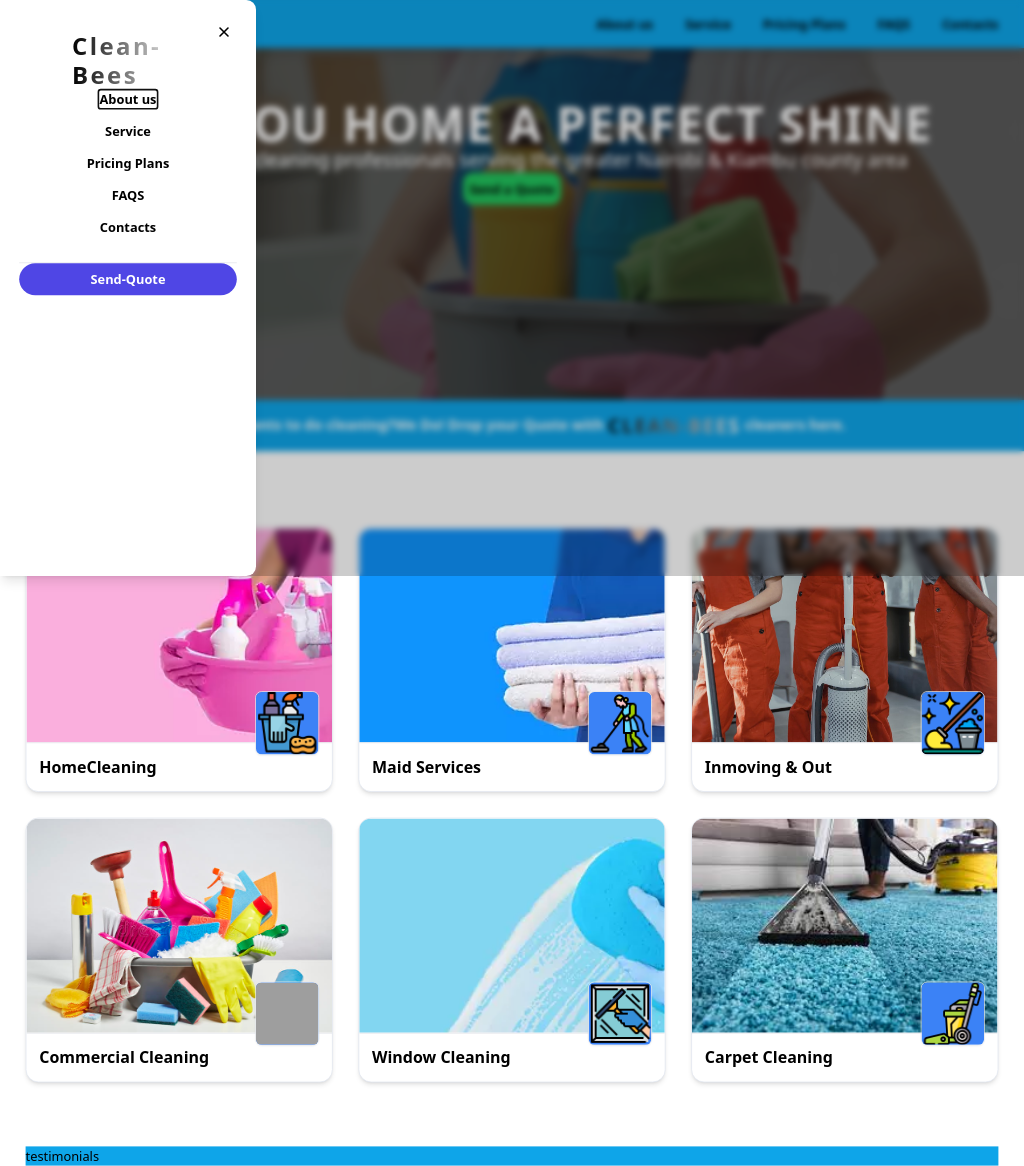
Repository: remydev47/cleanbees
Page: /
These files come from the project's save history. The page is drawn as it stood at one moment and after the next save; the edit follows.
The browser window is 1280 px wide. The pictures show the whole page, at 80% of full size.
Pictures or frames that could not be fetched are drawn as grey boxes. The project was rebuilt for these pictures with package versions that can differ from the ones it lists, and the page was loaded fresh each time. The framework's server and built-in components were replaced by stand-ins that run in the browser. Also part of the build but not shown: next.config.js.

Above is the page before, as saved 2022-09-19 11:57:32.

### pages/_app.tsx
import '../styles/globals.css'
import type { AppProps } from 'next/app'
import { Header } from '../components/Header'


function MyApp({ Component, pageProps }: AppProps) {
  return (
    <>
      <Header />
      <Component {...pageProps} />
    </>

    )
}

export default MyApp

### pages/index.tsx
import type { NextPage } from 'next'
import Head from 'next/head'
import Image from 'next/image'
import Hero from '../components/Hero'
import Services from '../components/Services';
import Testmonial from '../components/Testmonial';

const Home: NextPage = () => {
  return (
    <div className="">
      <Head>
        <title>CleanBees</title>
        <link rel="icon" href="/favicon.ico" />
      </Head>
      <Hero />
     <main className='mx-auto max-w-screen-xl px-6 sm:px-8'>
      <div className='mt-16 space-y-20'>
        <Services />
        <Testmonial />
      </div>
     </main>

    </div>
  )
}

export default Home

### components/Header.tsx
import { navLinks } from "../constants"
import { MenuPopOver } from "./MenuPopover"
import Logo from "./Logo"
import Image from "next/image"
import { title } from "process"

export const Header = () => {
    return(
        <>
          <header className={styles.container}>
           <div className='flex grow-0 basis-1/3 md:hidden'>
             <MenuPopOver />
          </div>
          <div className='flex grow-0 basis-1/3 justify-center md:justify-start'>
            <Logo />
           </div>
           <ul className="list-none sm:flex hidden justify-end items-center flex-1">
            {navLinks.map((nav, index) => (
                <li
                key={nav.id}
                className={`font-poppins font-extrabold cursor-pointer text-[16px]
                  ${index === navLinks.length - 1 ? 'mr-0' : 'mr-10'}
                 text-black `}
                >
                    <a>{nav.title}</a>
                </li>
            ))}
           </ul>

          </header>
        </>
    )
}

const styles ={
    container:`sticky bg-[#0ea5e9] inset-x-0 top-0 z-20 flex items-center justify-between py-2 px-2 shadow-lg dark:bg-slate-900 sm:py-3 sm:px-8`
}

### components/Hero.tsx
import React from 'react'
import Image from 'next/image'



const Hero = () => {
  return (
    <>
      <section className='relative h-[640px] w-full  bg-blue-500 sm:h-[55vh] md:h-[440px]'>
         <Image
           src='/img/pixel-cleaner2.jpg'
           layout='fill'
           objectFit='cover'
         />

        <div className="absolute inset-0 bg-neutral-900/70">
        <div className='mx-4 mt-16 flex flex-col items-center text-center '>
                <h1 className={styles.innerbanner}>
                    Give you Home a Perfect Shine
                </h1>
                <span className='text-xl text-white sm:text-2xl'>
                    Reliable house cleaning professionals serving the greater Nairobi & Kiambu county area
                </span>
                <button className='bg-green-500 text-black font-semibold p-2 rounded-xl'>
                    Send a Quote
                </button>
              </div>
        </div>
      </section>
      <HeroBottomCard />
   </>
  )
}

function HeroBottomCard() {
    return (
      <div className="bg-[#0ea5e9] p-4">
        <span className="block text-center text-lg text-white font-semibold">
          Nobody wants to do cleaning?We Do! Drop your  Quote with{" "}
          <span className="bg-gradient-to-r from-black to-[#fff] bg-clip-text align-middle text-2xl font-black tracking-widest text-transparent">
            CLEAN-BEES
          </span>{" "}
          cleaners here.
        </span>
      </div>
    );
  }

export default Hero;
const styles ={

    innerbanner:`text-3xl font-extrabold uppercase tracking-wide text-white sm:text-4xl md:text-5xl lg:text-6xl`,
}

### components/Services.tsx
import React from 'react';
import Image from 'next/image'
import Link from 'next/link';

const serviceItems =[
    {
        name:"HomeCleaning",
        description:"",
        image:'/img/cleaning3.webp',
        logo:"/img/homecleaning.png"
    },
    {
        name:"Maid Services",
        description:"",
        image:'/img/maid2.webp',
        logo:"/img/maid.png"
    },
    {
        name:"Inmoving & Out",
        description:"",
        image:'/img/pexels-cleaner.jpeg',
        logo:"/img/inmoving.png"
    },
    {
        name:"Commercial Cleaning",
        description:"",
        image:'/img/pixelcleaner3.jpg',
        logo:"/img/officecleaning.png"
    },
    {
        name:"Window Cleaning",
        description:"",
        image:'/img/cleaning4.webp',
        logo:"/img/window.png"
    },
    {
        name:"Carpet Cleaning",
        description:"",
        image:'/img/cleancarpet.jpg',
        logo:"/img/carpet.png"
    },
]

const Services = () => {
  return (
    <section id='service-items'>
        <div>
            <h2 className="text-2xl font-semibold"> Our Services </h2>
        </div>

        <div id="top-companies__items" className="grid grid-cols-1 gap-8 sm:grid-cols-2 lg:grid-cols-3">
              {serviceItems.map((item, i) => (
                 <Link href="/#" key={i}>
                  <a className="group block overflow-hidden rounded-2xl border border-slate-200 bg-white shadow-md transition-all duration-150 hover:-translate-y-1 hover:shadow-lg dark:border-slate-800 dark:bg-slate-700">
                    <div className="relative block overflow-hidden  pt-[70%]">
                     <Image
                       src={item.image}
                       alt={item.name}
                       layout="fill"
                       objectFit="cover"
                       className="transition-all duration-200 group-hover:scale-[102%]"
                      />
                    </div>
                    <div className="relative flex flex-col border-t p-4 dark:border-slate-600">
                <span className="absolute right-4 -top-[65px] block h-[80px] w-[80px] overflow-hidden rounded-lg border shadow-sm dark:border-slate-600">
                  <div className="relative block overflow-hidden  bg-blue-500 pt-[100%]">
                    <Image
                      src={item.logo}
                      alt={item.name}
                      layout="fill"
                      objectFit="cover"
                    />
                  </div>
                </span>

                <h5 className="block truncate text-xl font-semibold capitalize">
                  {item.name}
                </h5>
                <span className="block truncate text-slate-500 dark:text-slate-400">
                  {item.description}
                </span>
              </div>
                 </a>
                 </Link>
              ))}
            </div>

    </section>
  )
}

export default Services

### components/Testmonial.tsx
import React from 'react'
import "react-responsive-carousel/lib/styles/carousel.min.css";
import { Carousel } from 'react-responsive-carousel'

const Testmonial = () => {
  return (
    <>
      <section className="bg-[#0ea5e9] ">
        testimonials
        <Carousel>

        </Carousel>
      </section>
    </>
  )
}

export default Testmonial

### constants/index.ts

export const navLinks =[
    {
     id:"aboutus",
     title:"About us"
    },
    {
        id:"services",
        title:"Service"
    },
    {
        id:"pricingplans",
        title:"Pricing Plans"
    },
    {
        id:"faqs",
        title:"FAQS"
    },
    {
        id:"contacts",
        title:"Contacts"
    },
]

### components/MenuPopover.tsx
import React, { useState, Fragment } from 'react'
import { IconButton } from './Button'
import { Transition, Dialog }  from '@headlessui/react';
import Link from 'next/link';
import Logo from './Logo';
import { Button } from './Button';
//import { ThemeSelect } from './ThemeToogle';
import { navLinks } from '../constants';

export const MenuPopOver = () => {
    const [isOpen, setIsOpen] = useState(true)

    return(
      <div>
        <IconButton
          variant='ghost'
          aria-label='menu'
          onClick={() => setIsOpen(!isOpen)}
        >
          <svg className='h-6 w-6 ' fill='none' stroke='currentColor'>
            <path
              strokeLinecap='round'
              strokeLinejoin='round'
              strokeWidth={2}
              d='M4 6h16M4 12h16M4 18h16'
            />
          </svg>
        </IconButton>
        <Transition
          show={isOpen}
          appear
          as={Fragment}
          enter='transform transition ease-in-out duration-300'
          enterFrom='-translate-x-full'
          enterTo='translate-x-0'
          leave='transform transition ease-in-out duration-300 delay-200'
          leaveFrom='translate-x-0'
          leaveTo='-translate-x-full'
        >
         <Dialog
           as='div'
           className={`fixed inset-0 z-50`}
           onClose={setIsOpen}
           open={isOpen}
           >
           <Transition.Child
             as={Fragment}
             enter='ease-out duration-300 delay-300'
             enterFrom='opacity-0'
             enterTo='opacity-100'
             leave='ease-in duration-200'
             leaveFrom='opacity-100'
             leaveTo='opacity-0'
           >

            <Dialog.Overlay
              className={`fixed inset-0 bg-black/20 backdrop-blur-sm dark:bg-gray-900/80`}
             />
          </Transition.Child>
           <div className={styles.dialogcontainer}>
            <a className='mx-auto mt-4 flex w-[140px] '>
              <Logo />
            </a>
            <ul
                className={styles.navWrapper2}
             >
                {navLinks.map((nav, index) => (
                    <li
                     key={nav.id}
                     className={`font-poppins font-bold cursor-pointer text-[16px]
                      ${index === navLinks.length - 1 ? 'mr-0' : 'mb-4'}
                      text-black `}
                    >
                     <a href={`#${nav.id}`}>
                        {nav.title}
                     </a>
                    </li>
                 ))}
             </ul>
            {/* <div className='mt-0 border-t border-gray-200 pt-6 dark:border-gray-200/10'>

            </div> */}
            <ul className='mt-8 space-y-3 border-t border-gray-200 dark:border-gray-200/10'>
              <li>
               <Button fullWidth>
                   Send-Quote
               </Button>
              </li>

            </ul>
            <IconButton
              variant='ghost'
              aria-label='close menu'
              className='absolute top-5 right-5'
              onClick={() => setIsOpen(false)}
            >
              <svg
                viewBox='0 0 10 10'
                className='h-2.5 w-2.5 overflow-visible'
                aria-hidden='true'
              >
                <path
                    d='M0 0L10 10M10 0L0 10'
                    fill='none'
                    stroke='currentColor'
                    strokeWidth='2'
                    strokeLinecap='round'
                  />
              </svg>
            </IconButton>
           </div>
         </Dialog>
        </Transition>
      </div>
    )
  }

const styles ={
    dialogcontainer:`fixed top-0 bottom-0 left-0 w-full max-w-xs rounded-r-xl bg-white p-6 shadow-lg dark:bg-gray-800`,
    menuitems:`group relative flex h-9 items-center oveflow-hidden rounded-md hover:bg-slate-200/50`,
    navWrapper2:`list-none flex flex-col justify-end items-center flex-1`,
}

### components/Logo.tsx
import React from 'react';


const Logo  = () => {
  return (
    <span className={`bg-gradient-to-r from-black to-[#fff] bg-clip-text align-middle text-3xl font-black tracking-widest text-transparent hover:text-green-400`}>
        Clean-Bees
    </span>
  )
}

export default Logo;

### components/Button/index.tsx
import React, { forwardRef } from 'react';
//import { __DEV__ } from '../../utils/assertions'

type BaseButtonProps = Omit<React.HTMLProps<HTMLButtonElement>, "size">;

/* === Button Element === */

export interface ButtonProps extends BaseButtonProps {
  children: React.ReactNode;
  fullWidth?: boolean;
  className?: string;
  variant?: "solid" | "outline" | "ghost";
  size?: "sm" | "md" | "lg";
  as?: string;
  isExternal?: boolean;
  type?: "button" | "submit" | "reset";
}

export const Button = forwardRef<HTMLButtonElement, ButtonProps>(
  (
    {
      children,
      variant = "solid",
      size = "md",
      fullWidth = false,
      className,
      as = "button",
      isExternal = false,
      ...rest
    },
    ref
  ) => {
    let tempClassNames: string[] = [];

    const sharedClasses = [
      "capitalize",
      "focus:outline-none",
      "focus:ring-2",
      "focus:ring-indigo-400",
      "focus:ring-offset-2",
      "focus:ring-offset-indigo-50",
      "font-semibold",
      "rounded-full",
      "inline-flex",
      "flex-shrink-0",
      "items-center",
      "justify-center",
      "transition-colors",
      "ease-in-out",
      "duration-500",
    ];

    if (fullWidth) sharedClasses.push("w-full");

    // handle variants
    let btnSolid = ["bg-indigo-600", "hover:bg-indigo-700", "text-white"];
    let btnOutline = [
      "dark:text-white",
      "hover:text-yellow-700",
      "hover:dark:text-yellow-800",
      "bg-transparent",
      "hover:bg-indigo-50",
      "border",
      "border-indigo-600",
    ];
    let btnGhost = [
      "bg-transparent",
      "dark:text-white",
      "hover:bg-indigo-50",
      "hover:text-indigo-700",
      "hover:dark:text-indigo-700",
    ];

    if (variant === "solid") {
      tempClassNames = [...sharedClasses, ...btnSolid];
    } else if (variant === "outline") {
      tempClassNames = [...sharedClasses, ...btnOutline];
    } else if (variant === "ghost") {
      tempClassNames = [...sharedClasses, ...btnGhost];
    }

    // handle sizes
    let sizeSm = ["h-8", "px-2", "text-sm"];
    let sizeMd = ["h-10", "px-3"];
    let sizeLg = ["h-12", "px-4", "text-lg"];

    if (size === "sm") {
      tempClassNames = [...tempClassNames, ...sizeSm];
    } else if (size === "md") {
      tempClassNames = [...tempClassNames, ...sizeMd];
    } else if (size === "lg") {
      tempClassNames = [...tempClassNames, ...sizeLg];
    }

    let classes = tempClassNames.join(" ");

    let Element = as ? (
      React.createElement(
        as,
        {
          className: `${classes} ${className}`,
          target: isExternal ? "_blank" : undefined,
          rel: isExternal ? "noopener noreferrer" : undefined,
          ref,
          ...rest,
        },
        children
      )
    ) : (
      <button {...rest} className={`${classes} ${className}`} ref={ref}>
        {children}
      </button>
    );

    return Element;
  }
);

// if (__DEV__) {
//   Button.displayName = "Button";
// }

/* === IconButton Element === */

export interface IconButtonProps extends ButtonProps {
  icon?: React.ReactElement;
  "aria-label": string;
}

export const IconButton = forwardRef<HTMLButtonElement, IconButtonProps>(
  (
    {
      children,
      icon,
      className,
      "aria-label": ariaLabel,
      size = "md",
      ...rest
    },
    ref
  ) => {
    let sharedClasses = ["rounded-full", "!px-0"];

    // handle sizes
    let sizeSm = ["w-8"];
    let sizeMd = ["w-10"];
    let sizeLg = ["w-12"];

    if (size === "sm") {
      sharedClasses = [...sharedClasses, ...sizeSm];
    } else if (size === "md") {
      sharedClasses = [...sharedClasses, ...sizeMd];
    } else if (size === "lg") {
      sharedClasses = [...sharedClasses, ...sizeLg];
    }

    /**
     * Passing the icon as prop or children should work
     */
    const element = icon || children;
    const _children = React.isValidElement(element)
      ? React.cloneElement(element as any, {
          "aria-hidden": true,
          focusable: false,
        })
      : null;

    let classes = sharedClasses.join(" ");
    return (
      <Button
        className={`${classes} ${className}`}
        aria-label={ariaLabel}
        size={size}
        {...rest}
        ref={ref}
      >
        {_children}
      </Button>
    );
  }
);

// if (__DEV__) {
//   IconButton.displayName = "IconButton";
// }

Loaded but not shown: styles/globals.css (common file); tailwind.config.js (common file)

After the next save:
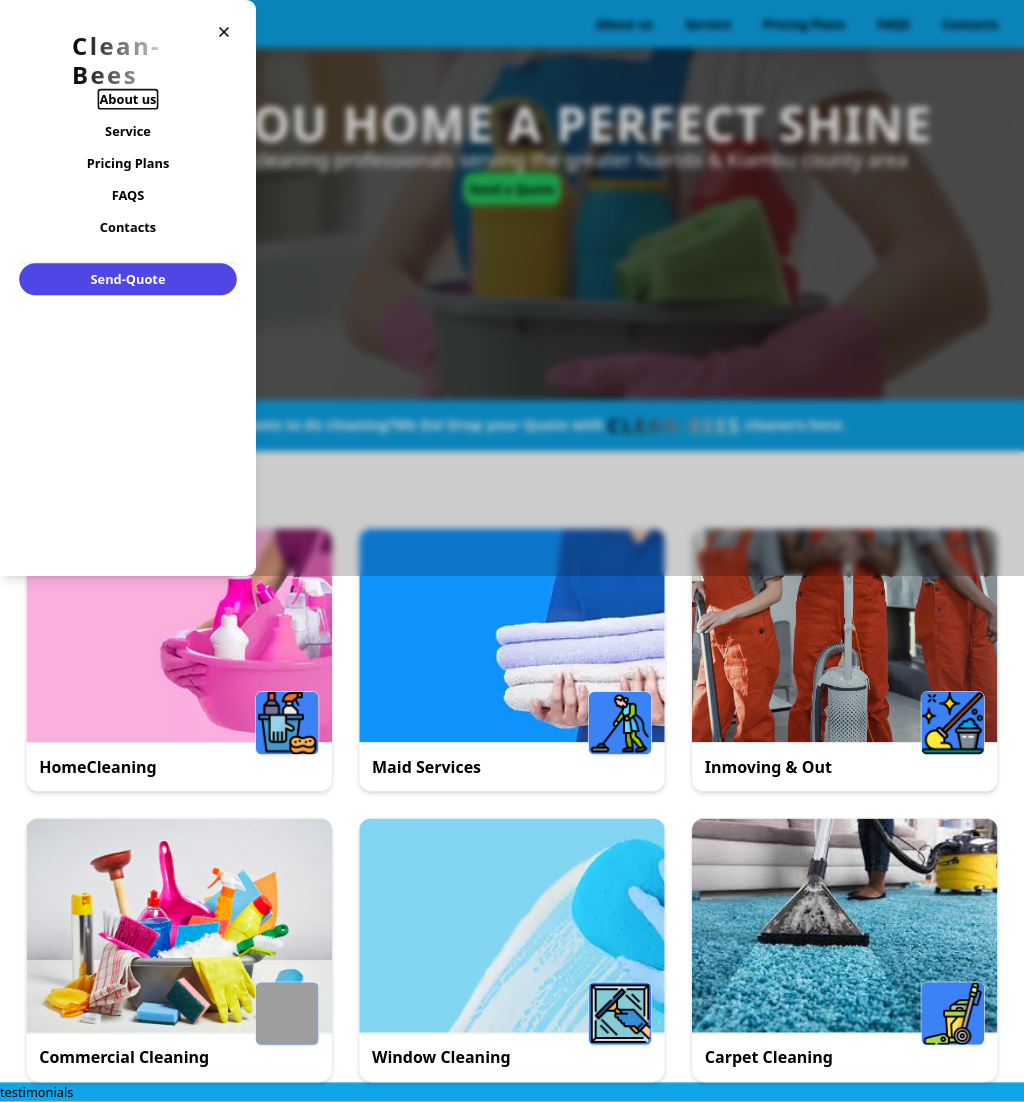
Saved 64 s later.
--- a/pages/index.tsx
+++ b/pages/index.tsx
@@ -16,10 +16,10 @@ const Home: NextPage = () => {
      <main className='mx-auto max-w-screen-xl px-6 sm:px-8'>
       <div className='mt-16 space-y-20'>
         <Services />
-        <Testmonial />
+
       </div>
      </main>
-
+     <Testmonial />
     </div>
   )
 }
